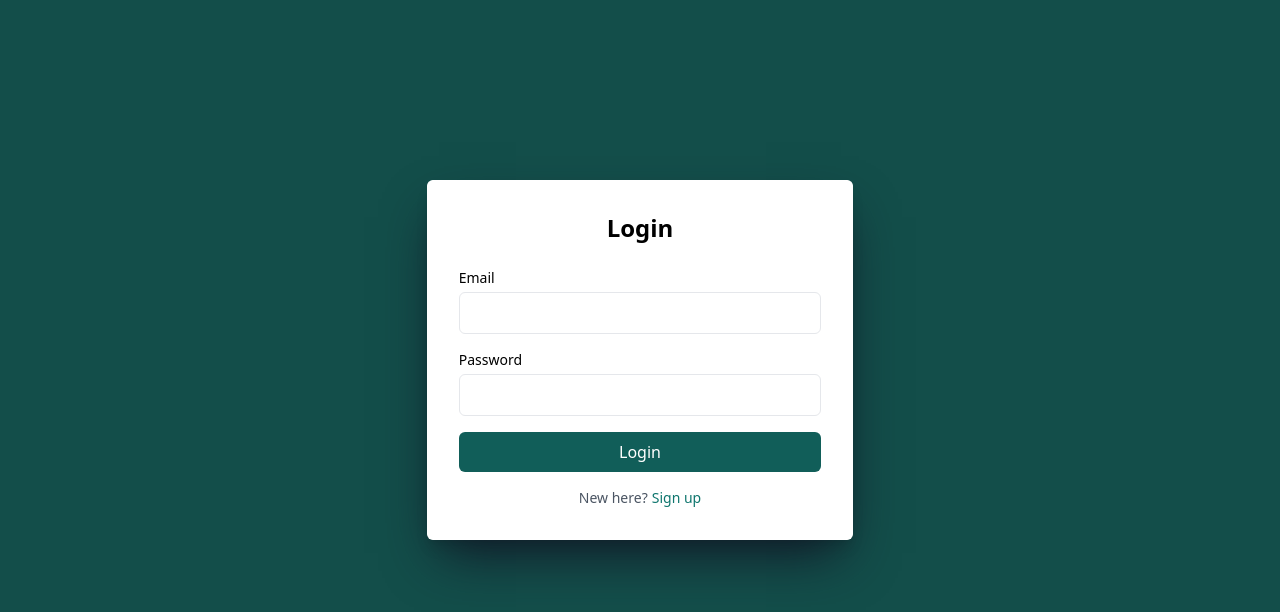
Repository: alizey12/POS-React-website
Page: /
These files come from the project's save history. The page is drawn as it stood at one moment and after the next save; the edit follows.
The browser window is 1280 px wide. The pictures show the whole page.
The project was rebuilt for these pictures with package versions that can differ from the ones it lists, and the page was loaded fresh each time. Also part of the build but not shown: vite.config.js, src/navbar.jsx, src/sidebar.jsx, src/Dashboard.jsx.

Above is the page before, as saved 2024-12-31 15:57:27.

### src/App.jsx
import { BrowserRouter as Router, Routes, Route } from 'react-router-dom';
import LoginPage from "./login"
import Dashboard from './Dashboard';

function App() {
  return (
    <Router>
      <Routes>
        <Route path="/" element={<LoginPage />} />
        <Route path="/dashboard" element={<Dashboard />} />
      </Routes>
    </Router>
  );
}

export default App;

### src/login.jsx
import { useState } from 'react';
import toast, { Toaster } from 'react-hot-toast';
import { useNavigate } from 'react-router-dom';

const SignupLogin = () => {
  const [isLogin, setIsLogin] = useState(true);
  const [formData, setFormData] = useState({
    email: '',
    password: '',
    confirmPassword: '',
    Role:''

  });
  const [errors, setErrors] = useState({});
  const [storedUser, setStoredUser] = useState(null);
  const navigate = useNavigate();

  const toggleForm = () => setIsLogin(!isLogin);

  const handleChange = (e) => {
    const { name, value } = e.target;
    setFormData({ ...formData, [name]: value });
    setErrors({ ...errors, [name]: '' }); // Clear error on change
  };

  const validateForm = () => {
    const newErrors = {};
    if (!formData.email) newErrors.email = 'Please enter email';
    if (!formData.password) newErrors.password = 'Please enter password';
    if (!isLogin && formData.password !== formData.confirmPassword) {
      newErrors.confirmPassword = 'Passwords do not match';
    }
    setErrors(newErrors);
    return Object.keys(newErrors).length === 0;
  };

  const handleSubmit = (e) => {
    e.preventDefault();
    if (!validateForm()) return;

    const { email, password } = formData;

    if (isLogin) {
      if (storedUser && email === storedUser.email && password === storedUser.password) {
        toast.success('Login successful!');
        setTimeout(() => navigate('/dashboard'), 1500);
      } else {
        toast.error('Your email or password is incorrect. Please try again.');
      }
    } else {
      setStoredUser({ email, password });
      toast.success('Signup successful!');
      setTimeout(() => setIsLogin(true), 1500);
    }
  };

  return (
    <div className="flex items-center justify-center min-h-screen bg-teal-900 to-yellow-500">
      <div className=" bg-white md:w-1/3  shadow-lg rounded-lg">

        <div className="w-full bg-white rounded-md shadow-gray-900 shadow-2xl p-8 justify-center">
          <h2 className="text-2xl font-bold text-center ">
            {isLogin ? 'Login' : 'Sign Up'}
          </h2>
          <form onSubmit={handleSubmit} className="mt-6 space-y-4">
            <div>
              <label className="block text-sm font-medium ">Email</label>
              <input
                type="email"
                name="email"
                value={formData.email}
                onChange={handleChange}
                className="mt-1 block w-full p-2 border rounded-md focus:outline-none focus:ring-blue-500 focus:border-blue-500"
              />
              {errors.email && <p className="text-red-500 text-sm mt-1">{errors.email}</p>}
            </div>
            <div>
              <label className="block text-sm font-medium ">Password</label>
              <input
                type="password"
                name="password"
                value={formData.password}
                onChange={handleChange}
                className="mt-1 block w-full p-2 border rounded-md focus:outline-none focus:ring-blue-500 focus:border-blue-500"
              />
              {errors.password && <p className="text-red-500 text-sm mt-1">{errors.password}</p>}
            </div>
            {!isLogin && (
              <><div>
                <label className="block text-sm font-medium ">Confirm Password</label>
                <input
                  type="password"
                  name="confirmPassword"
                  value={formData.confirmPassword}
                  onChange={handleChange}
                  className="mt-1 block w-full p-2 border rounded-md focus:outline-none focus:ring-blue-500 focus:border-blue-500" />
                {errors.confirmPassword && <p className="text-red-500 text-sm mt-1">{errors.confirmPassword}</p>}
              </div><div>
                  <label className="block text-sm font-medium "> Role</label>
                  <input
                    type="Role"
                    name="Role"
                    value={formData.Role}
                    onChange={handleChange}
                    className="mt-1 block w-full p-2 border rounded-md focus:outline-none focus:ring-blue-500 focus:border-blue-500" />
                  {errors.Role && <p className="text-red-500 text-sm mt-1">{errors.Role}</p>}
                </div></>
            )}
            <button
              type="submit"
              className="w-full bg-teal-800 text-white p-2 rounded-md hover:bg-teal-600 focus:outline-none focus:ring-2 focus:ring-blue-500 focus:ring-offset-2"
            >
              {isLogin ? 'Login' : 'Sign Up'}
            </button>
          </form>
          <p className="text-center text-sm text-gray-600 mt-4">
            {isLogin ? 'New here?' : 'Already have an account?'}
            <button
              type="button"
              onClick={toggleForm}
              className="ml-1 text-teal-700 hover:underline"
            >
              {isLogin ? 'Sign up' : 'Login'}
            </button>
          </p>
        </div>
      </div>
      <Toaster />
    </div>
  );
};

export default SignupLogin;

Loaded but not shown: index.html (common file); src/main.jsx (common file); src/index.css (common file); tailwind.config.js (common file)

After the next save:
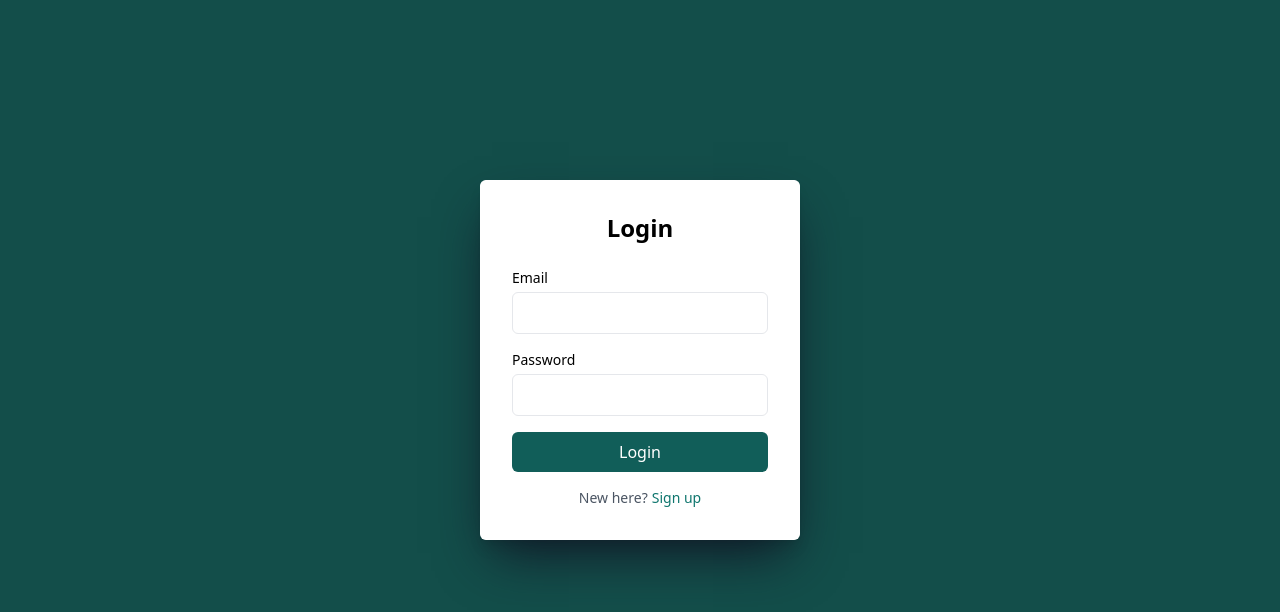
Saved 7 s later.
--- a/src/login.jsx
+++ b/src/login.jsx
@@ -56,7 +56,7 @@
 
   return (
     <div className="flex items-center justify-center min-h-screen bg-teal-900 to-yellow-500">
-      <div className=" bg-white md:w-1/3  shadow-lg rounded-lg">
+      <div className=" bg-white md:w-1/4  shadow-lg rounded-lg">
 
         <div className="w-full bg-white rounded-md shadow-gray-900 shadow-2xl p-8 justify-center">
           <h2 className="text-2xl font-bold text-center ">
